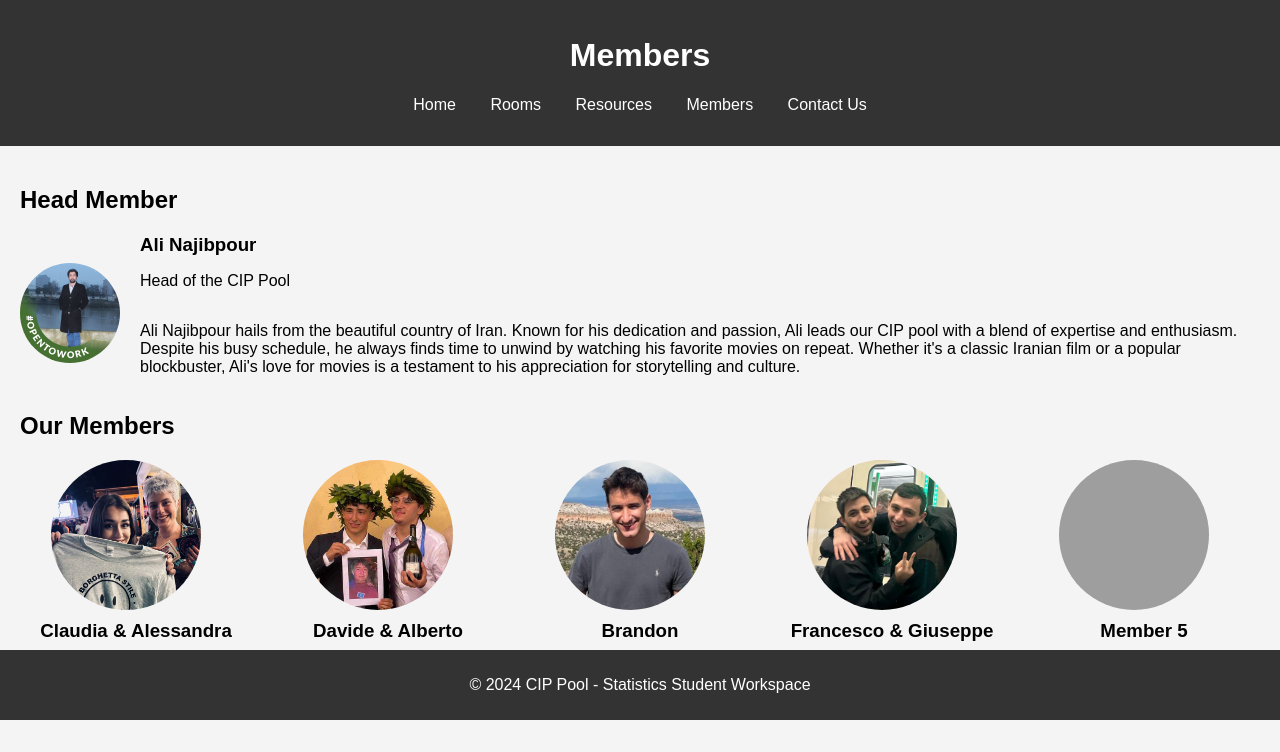
Repository: anjalisarawgi/cip_website
Page: members.html
These files come from the project's save history. The page is drawn as it stood at one moment and after the next save; the edit follows.
The browser window is 1280 px wide. The pictures show the whole page.
Pictures or frames that could not be fetched are drawn as grey boxes.

Above is the page before, as saved 2024-06-14 11:58:47.

### members.html
<!DOCTYPE html>
<html lang="en">
<head>
    <meta charset="UTF-8">
    <meta name="viewport" content="width=device-width, initial-scale=1.0">
    <title>Members - CIP Pool</title>
    <link rel="stylesheet" href="styles.css">
</head>
<body>
    <header>
        <h1>Members</h1>
        <nav>
            <ul>
                <li><a href="index.html">Home</a></li>
                <li><a href="rooms.html">Rooms</a></li>
                <li><a href="resources.html">Resources</a></li>
                <li><a href="members.html">Members</a></li>
                <li><a href="contact.html">Contact Us</a></li>
            </ul>
        </nav>
    </header>
    <main>
        <section>
            <h2>Head Member</h2>
            <div class="member">
                <img src="images/ali.jpeg" alt="Ali Najibpour" class="member-photo">
                <div class="member-info">
                    <h3>Ali Najibpour</h3>
                    <p>Head of the CIP Pool</p>
                    <p>Ali Najibpour hails from the beautiful country of Iran. Known for his dedication and passion, Ali leads our CIP pool with a blend of expertise and enthusiasm. Despite his busy schedule, he always finds time to unwind by watching his favorite movies on repeat. Whether it's a classic Iranian film or a popular blockbuster, Ali's love for movies is a testament to his appreciation for storytelling and culture.</p>
                </div>
            </div>
        </section>
        <section>
            <h2>Our Members</h2>
            <div class="members-grid">
                <div class="member">
                    <img src="images/claudia_alessandra.jpeg" alt="Claudia & Alessandra" class="member-photo">
                    <div class="member-info">
                        <h3>Claudia & Alessandra</h3>
                        <p>Human Resources</p>
                    </div>
                </div>
                <div class="member">
                    <img src="images/davide_alberto.jpeg" alt="Davide & Alberto" class="member-photo">
                    <div class="member-info">
                        <h3>Davide & Alberto</h3>
                        <p>Pioneers</p>
                    </div>
                </div>
                <div class="member">
                    <img src="images/brandon.jpeg" alt="Brandon" class="member-photo">
                    <div class="member-info">
                        <h3>Brandon</h3>
                        <p>The one who actually studies</p>
                    </div>
                </div>
                <div class="member">
                    <img src="images/francesco_giuseppe.jpeg" alt="Francesco & Giuseppe" class="member-photo">
                    <div class="member-info">
                        <h3>Francesco & Giuseppe</h3>
                        <p>Role/Position</p>
                    </div>
                </div>
                <div class="member">
                    <img src="images/member5.jpeg" alt="Member 5" class="member-photo">
                    <div class="member-info">
                        <h3>Member 5</h3>
                        <p>Role/Position</p>
                    </div>
                </div>
            </div>
        </section>
    </main>
    <footer>
        <p>&copy; 2024 CIP Pool - Statistics Student Workspace</p>
    </footer>
</body>
</html>

### styles.css
body {
    font-family: Arial, sans-serif;
    margin: 0;
    padding: 0;
    background-color: #f4f4f4;
}

header {
    background-color: #333;
    color: white;
    padding: 1em 0;
    text-align: center;
}

nav ul {
    list-style-type: none;
    padding: 0;
}

nav ul li {
    display: inline;
    margin: 0 15px;
}

nav ul li a {
    color: white;
    text-decoration: none;
}

main {
    padding: 20px;
}

footer {
    background-color: #333;
    color: white;
    text-align: center;
    padding: 10px 0;
    position: fixed;
    bottom: 0;
    width: 100%;
}

section {
    margin-bottom: 20px;
}

.member {
    display: flex;
    align-items: center;
    margin-bottom: 20px;
}

.member-photo {
    border-radius: 50%;
    margin-right: 20px;
    width: 100px;
    height: 100px;
}

.member-info {
    display: flex;
    flex-direction: column;
}

.member-info h3 {
    margin: 0;
}

.members-grid {
    display: grid;
    grid-template-columns: repeat(auto-fit, minmax(200px, 1fr));
    gap: 20px;
}

.members-grid .member {
    flex-direction: column;
    align-items: center;
    text-align: center;
}

.members-grid .member-photo {
    width: 150px;
    height: 150px;
    margin-bottom: 10px;
}

.members-grid .member-info {
    align-items: center;
}

After the next save:
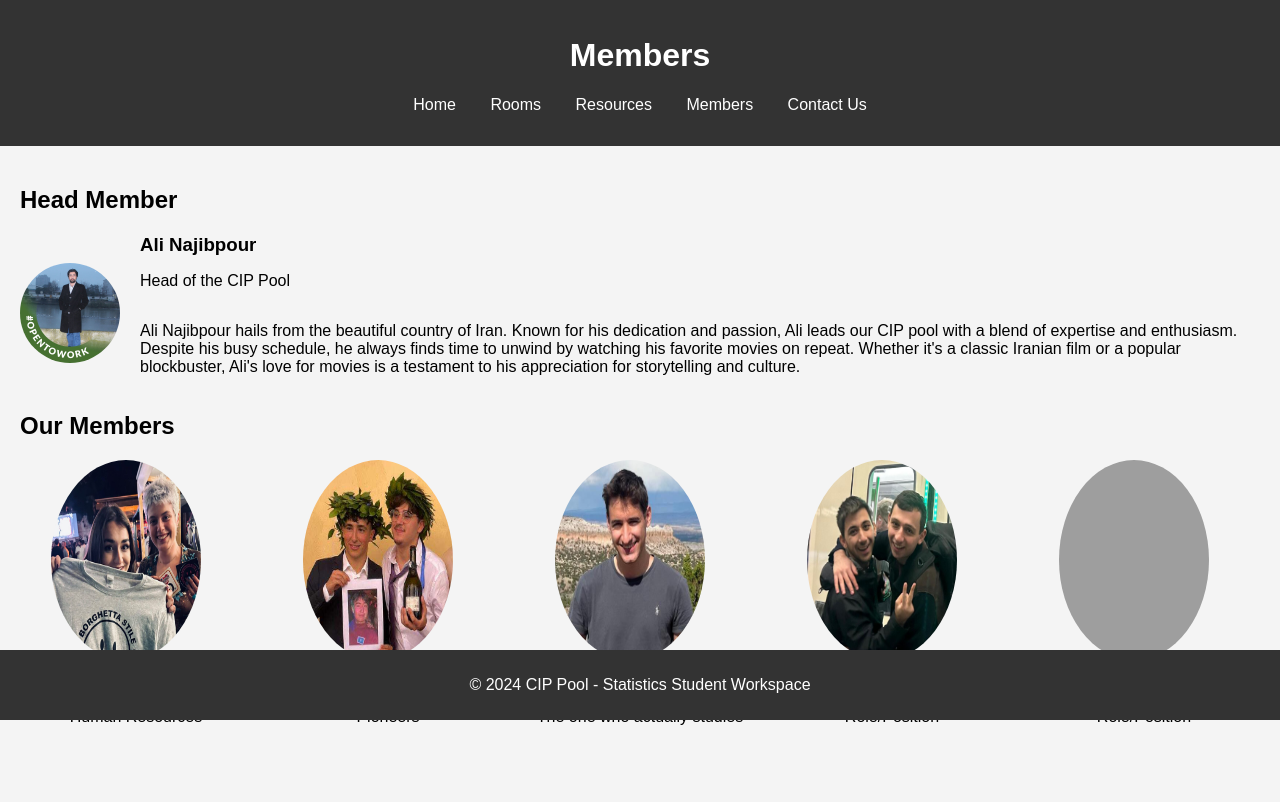
Saved 75 s later.
--- a/styles.css
+++ b/styles.css
@@ -81,7 +81,7 @@ section {
 
 .members-grid .member-photo {
     width: 150px;
-    height: 150px;
+    height: 200px;
     margin-bottom: 10px;
 }
 
